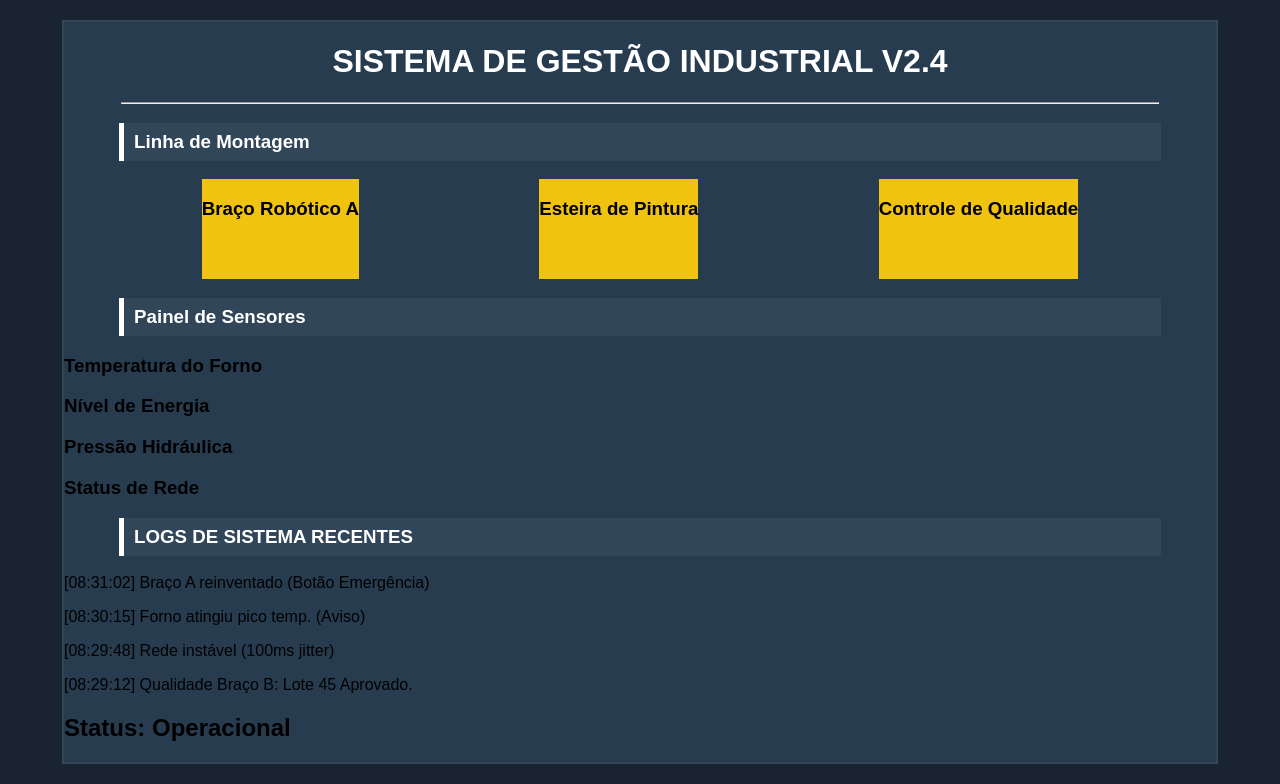
Repository: DanielEDapper/Front-WEG
Page: ProfeIgor/Aula5 - Dashboard Industrial/index.html
These files come from the project's save history. The page is drawn as it stood at one moment and after the next save; the edit follows.
The browser window is 1280 px wide. The pictures show the whole page.
Some icons come from a web library that is not loaded, so they are not drawn.

Above is the page before, as saved 2026-05-29 19:35:07.

### ProfeIgor/Aula5 - Dashboard Industrial/index.html
<!DOCTYPE html>
<html lang="en">
<head>
    <meta charset="UTF-8">
    <meta name="viewport" content="width=device-width, initial-scale=1.0">
    <link rel="stylesheet" href="style.css">
    <link rel='stylesheet' href='https://cdn-uicons.flaticon.com/4.0.0/uicons-bold-straight/css/uicons-bold-straight.css'>
    <title>Sistema de gestão Industrial</title>
</head>
<body>
    <div id="wrapper">
        <div id="header">
            <h1>SISTEMA DE GESTÃO INDUSTRIAL V2.4</h1>
        </div>
        <hr>
        <div id="main">
            <div class="container-main">

                <div class="titulo-sessao">
                    <h3>Linha de Montagem</h3>
                </div>
                <div class="container-montagem">
                    <div class="card">
                        <h3>Braço Robótico A</h3>
                        <i class="fi fi-bs-thumbtack"></i>
                    </div>
                    <div class="card">
                        <h3>Esteira de Pintura</h3>
                        <i class="fi fi-bs-arrow-right"></i>
                    </div>
                    <div class="card">
                        <h3>Controle de Qualidade</h3>
                        <i class="fi fi-bs-medal"></i>
                    </div>
                </div>


                <div class="titulo-sessao">
                    <h3>Painel de Sensores</h3>
                </div>
                <div class="container-sensores">
                    <div>
                        <h3>Temperatura do Forno</h3>
                        <i class="fi fi-bs-temperature-high"></i>
                    </div>
                    <div>
                        <h3>Nível de Energia</h3>
                        <i class="fi fi-bs-battery-half"></i>
                    </div>
                    <div>
                        <h3>Pressão Hidráulica</h3>
                        <i class="fi fi-bs-dashboard"></i>
                    </div>
                    <div>
                        <h3>Status de Rede</h3>
                        <i class="fi fi-bs-workflow-setting-alt"></i>
                    </div>
                </div>


                <div class="titulo-sessao">
                    <h3>LOGS DE SISTEMA RECENTES</h3>
                </div>
                <div class="container-logs">
                    <p>[08:31:02] Braço A reinventado (Botão Emergência)</p>
                    <p>[08:30:15] Forno atingiu pico temp. (Aviso)<p>
                    <p>[08:29:48] Rede instável (100ms jitter)</p>
                    <p>[08:29:12] Qualidade Braço B: Lote 45 Aprovado.</p>
                </div>
            </div>
        </div>
        <div id="footer">
            <h2>Status: Operacional</h2>
        </div>
    </div>
</body>
</html>

### ProfeIgor/Aula5 - Dashboard Industrial/style.css
:root{
    --bg-dark: #192332;
    --bg-main: #283C50;
    --bg-panel: #32465A;

    --warning: #F0C30F;
    --danger: #BE3728;
    --success: #2ECC71;

    --log-bg: #D2E6F5;

    --text: #FFFFFF;
    --text-secondary: #99A3AB;

    --accent-blue: #638CAB;
}

body{
    margin: 0;
    padding: 0;
    background-color: var(--bg-dark);
}

#wrapper{
    font-family: Arial, Helvetica, sans-serif;
    height: 90%;
    width: 90%;
    background-color: var(--bg-main);
    border: 2px solid var(--bg-panel);
    margin: 20px;
    justify-self: center;
}

#header{
    color: var(--text);
    text-align: center;
}

hr{
    width: 90%;
    font-weight: 400;
}

.titulo-sessao{
    background-color: var(--bg-panel);
    color: var(--text);
    width: 90%;
    justify-self: center;
    border-left: 5px solid var(--text);
}

.titulo-sessao h3{
    padding: 8px 0px 8px 10px;
}

.container-montagem{
    display: flex;
    width: 90%;
    justify-self: center;
    flex-basis: 400;
    height: 100px;
    justify-content: space-around;
    gap: 20px;
}

.card{
    background-color: var(--warning);
}

After the next save:
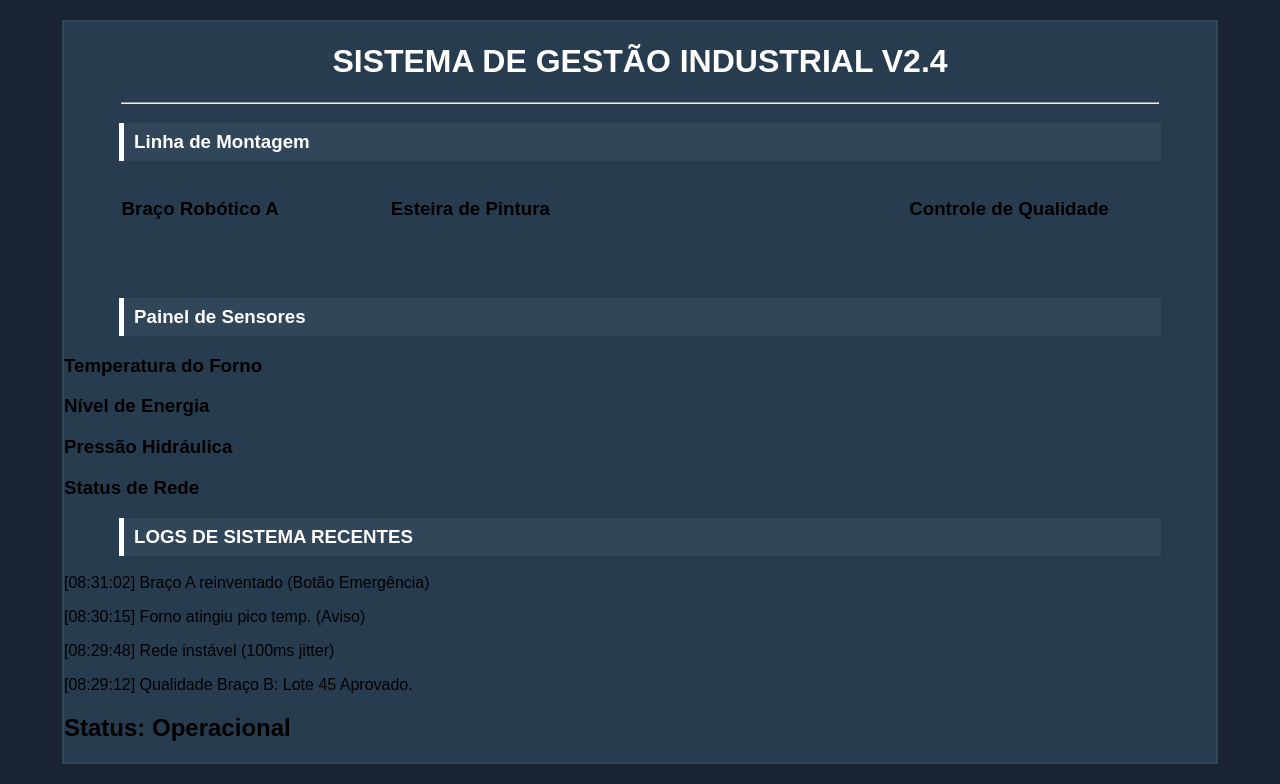
Saved 87 s later.
--- a/ProfeIgor/Aula5 - Dashboard Industrial/style.css
+++ b/ProfeIgor/Aula5 - Dashboard Industrial/style.css
@@ -63,6 +63,15 @@ hr{
     gap: 20px;
 }
 
-.card{
-    background-color: var(--warning);
+
+.card:nth-child(1){
+    width: 25%;
 }
+
+.card:nth-child(2){
+    width: 50%;
+}
+
+.card:nth-child(3){
+    width: 25%;
+}
